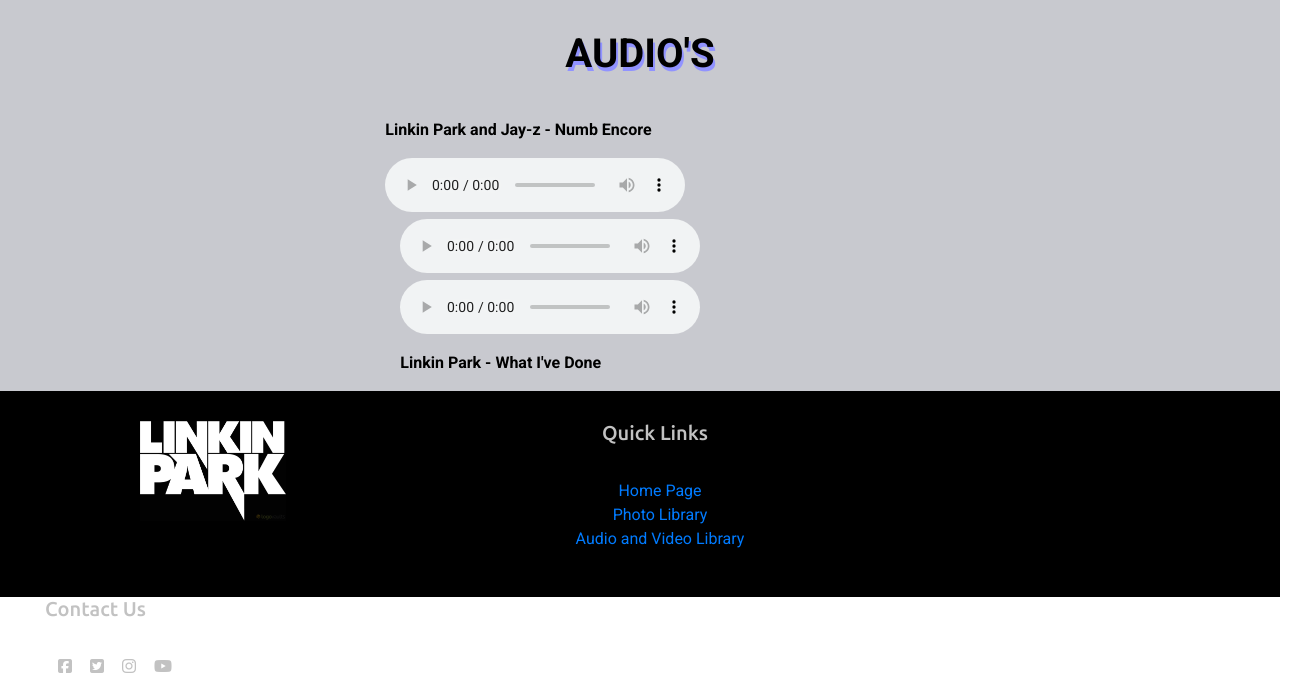
Repository: vaida898/website
Page: audio-video.html
The author's editor kept a record of every edit. The page is drawn from the files as they stood at one moment, then again after the next edit.
The browser window is 1280 px wide. The page is 1295 px wide, so the pictures cover 1295 px, including what lies to the right of the window. The pictures show the part of the page from y = 1471 to 2216 px (the page is 2166 px tall before and 2216 px after).
Some web libraries are served in a nearby version.

Above is the page before.
Console error: TypeError: Cannot read properties of undefined (reading 'fn')

### audio-video.html
<!DOCTYPE html>
<html lang="en">

<head>
    <meta charset="UTF-8">
    <meta name="viewport" content="width=device-width, initial-scale=1.0">
    <meta http-equiv="X-UA-Compatible" content="ie=edge">
    <title>LinkinPark website</title>

    <link rel="stylesheet" href="https://stackpath.bootstrapcdn.com/bootstrap/4.3.1/css/bootstrap.min.css" integrity="sha384-ggOyR0iXCbMQv3Xipma34MD+dH/1fQ784/j6cY/iJTQUOhcWr7x9JvoRxT2MZw1T" crossorigin="anonymous">
    <script src="https://kit.fontawesome.com/642fee131a.js" crossorigin="anonymous"></script>
    <script src="https://stackpath.bootstrapcdn.com/bootstrap/4.3.1/js/bootstrap.min.js" integrity="sha384-JjSmVgyd0p3pXB1rRibZUAYoIIy6OrQ6VrjIEaFf/nJGzIxFDsf4x0xIM+B07jRM" crossorigin="anonymous"></script>
    <link rel="stylesheet" href="https://cdnjs.cloudflare.com/ajax/libs/hover.css/2.3.1/css/hover-min.css" type="text/css" />
    <!-- Google font "Ubuntu" -->

    <link href="https://fonts.googleapis.com/css?family=Ubuntu:300,400,500,600,700&display=swap" rel="stylesheet">
    <link href="https://fonts.googleapis.com/css?family=Roboto:400,400i,500,500i,700,700i,900,900i&display=swap" rel="stylesheet">
    <link rel="stylesheet" href="css/style.css" type="text/css" />

</head>

<body>

    <!-- Navigation bar -->

    <header>
        <div class="container-fluid navalert-container">
            <nav class="navbar navbar-light navbar-expand-sm" style="background-color: #3D3FD1">
                <a target="_blank" href="index.html">
                    <i class="brand">LinkinPark</i>
                </a>
                <button class="navbar-toggler ml-auto" type="button" data-toggle="collapse" data-target="#navbarNavDropdown" aria-controls="navbarNavDropdown" aria-expanded="false" aria-label="Toggle navigation">
        <span class="navbar-toggler-icon"></span></button>

                <div id="navbarNavDropdown" class="collapse navbar-collapse">
                    <ul class="navbar-nav mr-auto">
                        <li class="nav-item mr-2 hvr-glow"><a class="nav-link" href="/">Home</a></li>
                        <li class="nav-item mr-2 hvr-glow"><a class="nav-link" href="/Photo library">Photo library</a></li>
                        <li class="nav-item mr-2 hvr-glow"><a class="nav-link" href="/Audio and Video library">Audio and Video library</a></li>
                        <li class="nav-item mr-2 hvr-glow"><a class="nav-link" href="/Contact Us">Contact Us</a></li>
                    </ul>
                </div>
            </nav>
        </div>
    </header>

    <section class="bg-videos">
        <div class="container videos-container">
            <div class="row">
                <div class="col-12 col-md-12 col-sm-12 col-xs-12">
                    <h1 class="text-uppercase text-center videos-header">Videos</h1>
                </div>
                <div class="video-responsive embed-responsive embed-responsive-16by9">
                    <iframe width="560" height="315" src="https://www.youtube.com/embed/eVTXPUF4Oz4" frameborder="0" allow="accelerometer; autoplay; encrypted-media; gyroscope; picture-in-picture" allowfullscreen></iframe>
                </div>
                <div class="video-responsive embed-responsive embed-responsive-16by9">
                    <iframe width="560" height="315" src="https://www.youtube.com/embed/LYU-8IFcDPw" frameborder="0" allow="accelerometer; autoplay; encrypted-media; gyroscope; picture-in-picture" allowfullscreen></iframe>
                </div>
            </div>
        </div>

    </section>


    <section class="bg-audio">
        <div class="d-flex justify-content-center audio-container">
            <div class="row">
                <div class="col-12 col-md-12 col-sm-12 col-xs-12">
                    <h1 class="text-uppercase text-center audios-header">Audio's</h1>
                </div>
                <div class="row">
                    <div class="col-lg-12 col-md-12 col-sm-12 col-xs-12">
                        <div class="audio-controls">
                            <p class="titles"> Linkin Park and Jay-z - Numb Encore</p>
                            <audio id="audio" controls>
                                <source src="./audio/NumbEncore.mp3" type="audio/mpeg">
                                <source src="./audio/NumbEncore.ogg" type="audio/ogg">
                                Your browser does not support the audio element.
                            </audio>
                        </div>
                    <div class="col-lg-12 col-md-12 col-sm-12 col-xs-12">
                            <audio id="audio" controls>
                                <source src="./audio/Talking.mp3" type="audio/mpeg">
                                <source src="./audio/Talking.ogg" type="audio/ogg">
                                Your browser does not support the audio element.
                            </audio>
                          </div>
                    <div class="col-lg-12 col-md-12 col-sm-12 col-xs-12">

                            <audio id="audio" controls>
                                <source src="./audio/What.mp3" type="audio/mpeg">
                                <source src="./audio/What.ogg" type="audio/ogg">
                                Your browser does not support the audio element.
                            </audio>
                            <p class="titles"> Linkin Park - What I've Done</p>
                        </div>
                    </div>
                </div>
    </section>


    <!--Footer-->


    <footer id="footer">
        <div class="main-footer text-center">
            <div class="row">
                <div class="col-md-4">
                    <a class="footer-logo" href="#"><img src="./images/linkinpark.jpg" alt="logo"></img></a>
                </div>
                <div class="col-md-4">
                    <h5 class="quick-links">Quick Links<span></span></h5>
                    <ul class="menu-link">
                        <li>
                            <div class="menu-link-item"><a href="#.">Home Page</a></div>
                        </li>
                        <li>
                            <div class="menu-link-item"><a href="#.">Photo Library</a></div>
                        </li>
                        <li>
                            <div class="menu-link-item"><a href="#.">Audio and Video Library</a></div>
                        </li>
                    </ul>
                </div>
            </div>
        </div>
        <div class="col-md-4">
            <h5 class="contact">Contact Us<span></span></h5>
            <ul class="social-links">
                <li class="list-inline-item">
                    <a target="_blank" href="#">
                                <i class="fab fa-facebook-square" aria-hidden="true">
                                     <span class="sr-only">Facebook</span>
                                </i>
                        </a>
                </li>
                <li class="list-inline-item">
                    <a target="_blank" href="#">
                            <i class="fab fa-twitter-square" aria-hidden="true">
                                <span class="sr-only">Twitter</span>
                            </i>
                        </a>
                </li>
                <li class="list-inline-item">
                    <a target="_blank" href="#">
                            <i class="fab fa-instagram" aria-hidden="true">
                                <span class="sr-only">Instagram</span>
                            </i>
                        </a>
                </li>
                <li class="list-inline-item">
                    <a target="_blank" href="#">
                            <i class="fab fa-youtube" aria-hidden="true">
                                <span class="sr-only">Youtube</span>
                            </i>
                        </a>
                </li>
            </ul>
        </div>
        </div>
        </div>
    </footer>


    <script src="https://code.jquery.com/jquery-3.3.1.slim.min.js" integrity="sha384-q8i/X+965DzO0rT7abK41JStQIAqVgRVzpbzo5smXKp4YfRvH+8abtTE1Pi6jizo" crossorigin="anonymous"></script>
    <script src="https://cdnjs.cloudflare.com/ajax/libs/popper.js/1.14.7/umd/popper.min.js" integrity="sha384-UO2eT0CpHqdSJQ6hJty5KVphtPhzWj9WO1clHTMGa3JDZwrnQq4sF86dIHNDz0W1" crossorigin="anonymous"></script>
    <script src="https://stackpath.bootstrapcdn.com/bootstrap/4.3.1/js/bootstrap.min.js" integrity="sha384-JjSmVgyd0p3pXB1rRibZUAYoIIy6OrQ6VrjIEaFf/nJGzIxFDsf4x0xIM+B07jRM" crossorigin="anonymous"></script>

</body>

</html>

### css/style.css
body {
    font-family: 'Ubuntu', sans-serif;
    font-family: 'Roboto', sans-serif;
}

/* Navbar -----------------------------------*/

.navalert-container {
    position: fixed;
    top: 0;
    left: 0;
    padding-left: 0;
    padding-right: 0;
    z-index: 1;
}

.navbar {
    margin-bottom: 0;
    border: 0;
    width: 100%;
    background-color: rgba(0, 0, 0, 0.25);
    box-shadow: 0 0 25px 0 black;
}

.brand {
    font-weight: bold;
    text-decoration: none;
    color: black;
    font-size: 30px;
    padding-right: 50px;
}

.navbar-inner {
    background: transparent;
}

/* Page header ----------------------*/

.page-header {
    margin-top: 30px;
    margin-bottom: 0;
    border-bottom: 0;
    text-align: center;
}



/* Band's history ----------------------*/

.history-container {
    background: url(../images/background.jpg) no-repeat center center fixed;
    background-size: cover;
    -webkit-background-size: cover;
    -moz-background-size: cover;
    -o-background-size: cover;

    top: 40px;
    display: flex;
    align-items: center;
    justify-content: center;
    text-align: center;
    padding-left: 100px;
    padding-right: 100px;
    padding-bottom: 40px;

    position: relative;
    box-shadow: 0 0 25px 0 black;
}

.opaque-overlay {
    position: absolute;
    width: 100%;
    height: 100%;
    top: 0;
    left: 0;
    background-color: rgba(0, 0, 0, 0.5);
}



/* Block-divider ---------------------------*/

.block-divider {
    width: 500px;
    height: 5px;
    border: 0;
    background-color: #7A7CE7;
}



/* Members container---------------------*/

.members-header {
    margin-top: 0;
    text-decoration: none;
    font-family: 'Roboto', sans-serif;
    font-weight: 600;
    text-shadow: 1px 1px #9193FF;
}

.members-container {
    padding-top: 60px;
    padding-bottom: 60px;
    box-shadow: 0 0 25px 0 black;
    width: 100%;
    border: 0;
}

ul .members-list {
    text-align: left;
    list-style-position: inside;
    vertical-align: middle;
    list-style-type: disc;
}

.members-list {
    font-size: 20px;
    font-family: 'Roboto', sans-serif;
    font-weight: 400;
    font-style: italic;
    text-shadow: 1px 1px #9193FF;
}

.members-list li:before {
    content: "";
    margin-left: 30px;
}


/* Discogrpahy container -------------------*/

.container-wrapper--blue {
    background-color: #3D3FD1;
    color: black;
}

.discs-header {
    text-decoration: none;
    color: white;
    font-family: 'Roboto', sans-serif;
    font-weight: 600;
    text-shadow: 1px 1px #C5C5CC;
}


.discography-container {
    padding-top: 30px;
    padding-bottom: 60px;
    box-shadow: 0 0 25px 0 black;
    width: 100%;
    border: 0;
}

ul .discs-list {
    text-align: right;
    list-style-position: inside;
    vertical-align: middle;
    list-style-type: square;
}

.discs-list {
    font-size: 20px;
    color: white;
    font-family: 'Roboto', sans-serif;
    font-weight: 400;
    font-style: italic;
    text-shadow: 1px 1px #C5C5CC;
}

.discs-list li:before {
    content: "";
    margin-left: 30px;
}


/* Jumbotron -------------------------------*/

.jumbotron-header {
    color: white;
    font-weight: bold;
    margin-top: 30px;
    margin-bottom: 30px;
}

.jumbotron-paragraph {
    color: white;
    font-weight: bold;
    margin-top: 30px;
    margin-bottom: 30px;
}

.jumbotron-text {
    color: #C2C2C2;
    font-size: 20px;
}

/* Footer ------------------------------*/

#footer .main-footer {
    padding: 30px 0;
    background-color: black;
}

.footer-logo {
    width: 32px;
    height: 32px;
    margin-left: 20px;
    padding: 0;
    background-color: black;
}

.quick-links {
    font-family: "Ubuntu", sans-serif;
    font-weight: 500;
    min-height: 50px;
    color: #C2C2C2;
    margin-left: 30px;
}

ul.menu-link li {
    list-style-type: none !important;
}

.contact {
    font-family: "Ubuntu", sans-serif;
    font-weight: 500;
    min-height: 50px;
    color: #C2C2C2;
    margin-left: 30px;
}

.social-links li a i {
    margin: 3px;
    color: #C2C2C2;
    transition: all 0.35s ease-in-out;
    -moz-transition: all 0.35s ease-in-out;
    -webkit-transition: all 0.35s ease-in-out;
    -o-transition: all 0.35s ease-in-out;
}

.social-links li a i:hover {
    color: #3D3FD1;
}

#footer-details {
    padding: 20px;
}


/* Photos file ------------------------------*/

.pics-container {
    padding-top: 80px;
}


.pics-container img {
    width: 800px;
    height: 200px;
    object-fit: fill;
    padding-left: 0;
    padding-top: 0;
    margin-top: 20px;
    margin-bottom: 20px;

}


/* Audio's and videos file ------------------------------*/

.bg-videos,
.bg-audio {
    background-color: #C8C9CF;
    margin: 0;
}

.videos-container {
    margin-top: 30px;
    padding-top: 100px;
}

.videos-header {
    font-family: 'Roboto', sans-serif;
    font-weight: 600;
    text-shadow: 2px 4px #9193FF;
    color: black;
    margin-bottom: 10px;
}

.video-responsive {
    overflow: hidden;
    padding-bottom: 56.25%;
    position: relative;
    height: 0;
}

.video-responsive iframe {
    padding-top: 40px;
    left: 0;
    top: 0;
    height: 100%;
    width: 100%;
    position: absolute;
}


.audios-container {
    margin-left: 60px;
    padding-bottom: 30px;
    padding-left: 0;
    position: relative;
    width: 100%;
}


.audios-header {
    font-family: 'Roboto', sans-serif;
    font-weight: 600;
    text-shadow: 2px 4px #9193FF;
    color: black;
    text-align: center;
    margin-top: 30px;
    margin-bottom: 30px;
}

.audio-controls {
    padding-left: 0;
    padding-right: 0;
}

.titles {
    font-family: "Roboto", sans-serif;
    font-weight: 600;
    color: black;
    margin-top: 10px;
    text-align: left;
}

/* Contact file ------------------------------*/

.contact-container {
    background-color: #C8C9CF;
    padding-top: 100px;
}

.contact-heading {
    font-family: "Roboto", sans-serif;
    font-weight: 600;
    color: black;
    text-shadow: 2px 4px #9193FF;
    margin-bottom: 20px;
}

.form-center {
    margin: 0 auto;
    max-width: 70%;
}

button[type="submit"] {
    margin-top: 15px;
    margin-bottom: 30px;
    color: #C2C2C2;
    background-color: #4749E2;
    border-radius: 12px;

}


/* Media Querie ----------------- morning */

@media(min-width: 992px) {
    .form-center {
        margin-top: 30px;
        min-height: 240px;
        margin: 0 auto;
        max-width: 50%;
    }
}

After the next edit:
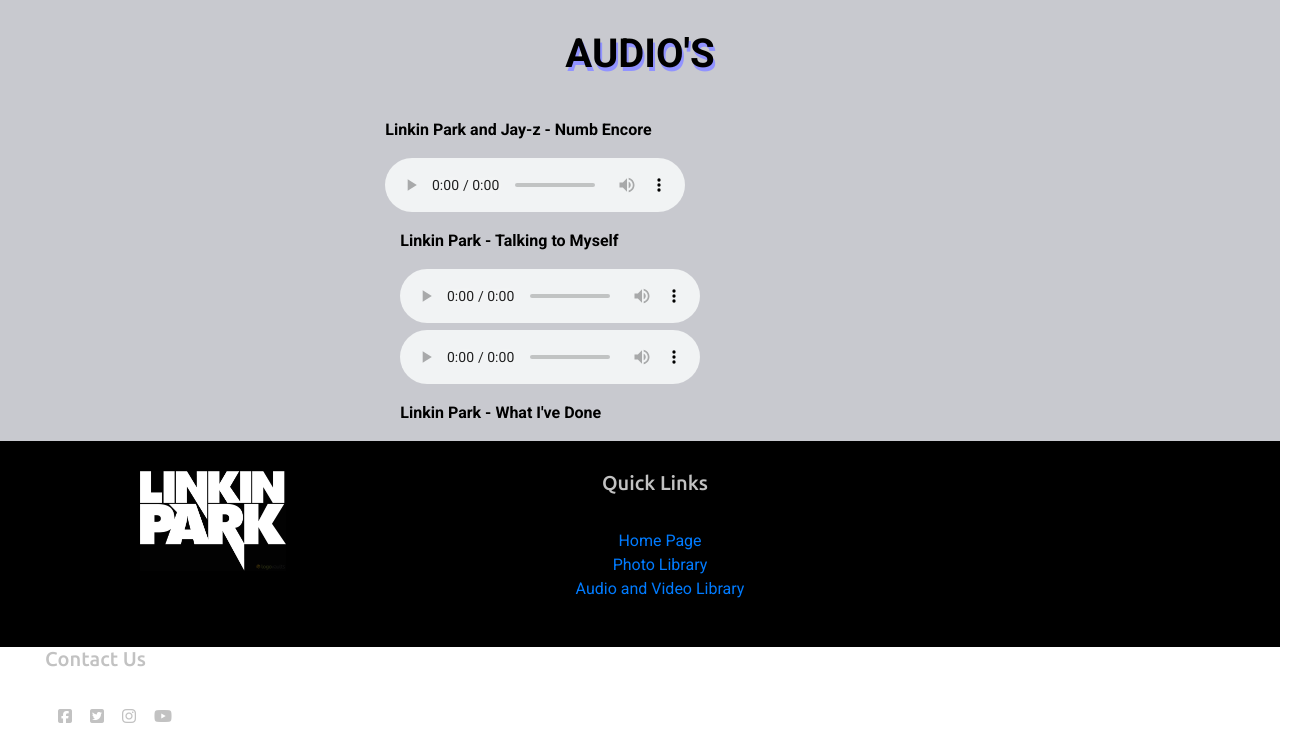
The edit:
--- a/audio-video.html
+++ b/audio-video.html
@@ -79,6 +79,7 @@
                             </audio>
                         </div>
                     <div class="col-lg-12 col-md-12 col-sm-12 col-xs-12">
+                        <p class="titles"> Linkin Park - Talking to Myself</p>
                             <audio id="audio" controls>
                                 <source src="./audio/Talking.mp3" type="audio/mpeg">
                                 <source src="./audio/Talking.ogg" type="audio/ogg">
